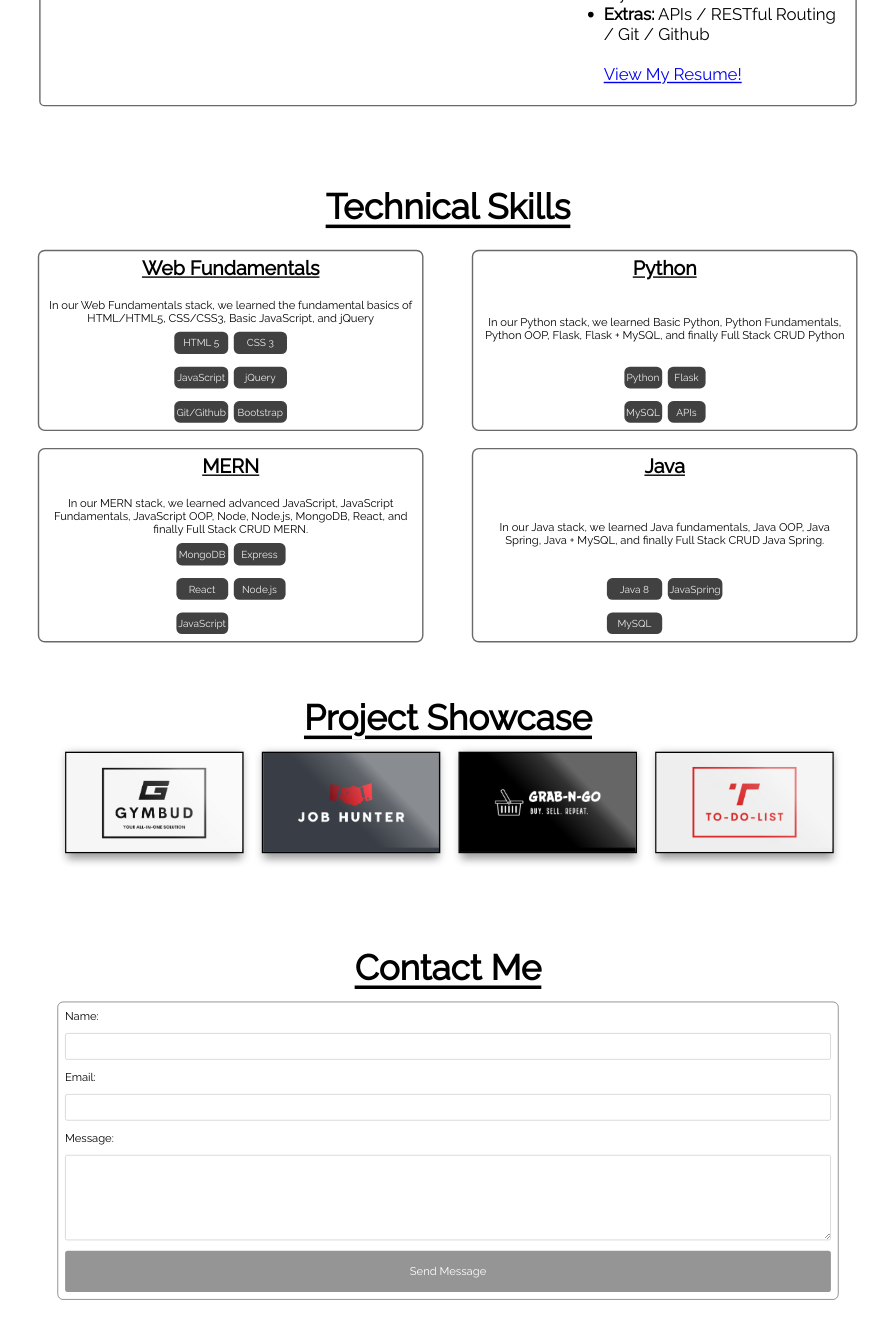
Repository: RICHIE-YIN/Personal-Portfolio
Page: index.html
The author's editor kept a copy of each file at every save. The page is drawn from the files as they stood at one save, then again after the next save.
The browser window is 1280 px wide. The pictures show the part of the page from y = 2247 to 4167 px (the page is 4161 px tall before and 4167 px after), at 70% of full size.
Some web fonts or font styles are not loaded; a fallback is used.

Above is the page before, as saved 2023-06-12 17:33:29.
Console error: ReferenceError: $ is not defined

After the next save:
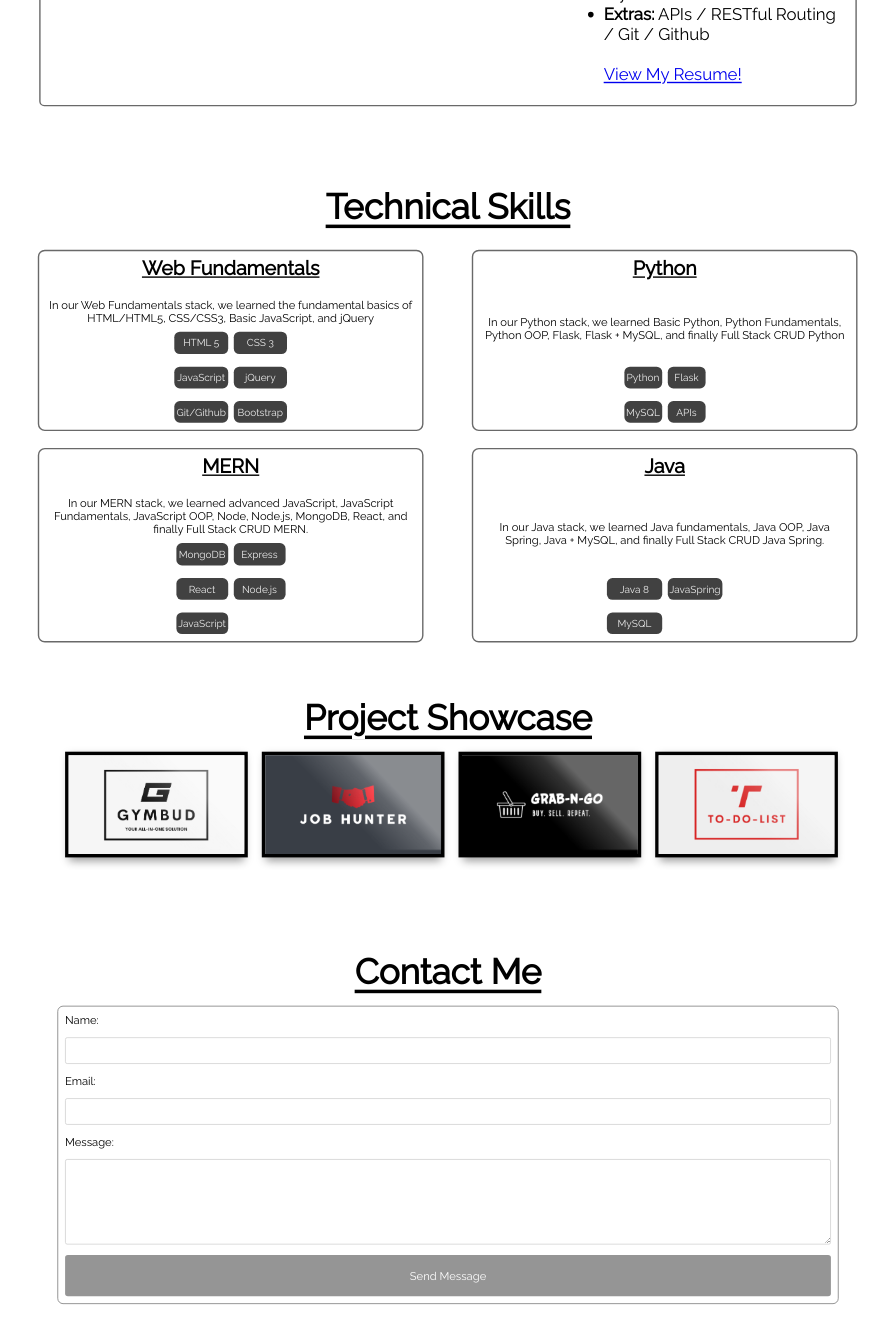
Saved 21 s later.
--- a/styles.css
+++ b/styles.css
@@ -317,7 +317,7 @@
     flex-direction: column;
     justify-content: space-between;
     align-items: center;
-    border: #696969 2.5px solid;
+    border: #696969 2px solid;
     transition: all 0.2s ease;
 }
 
@@ -462,7 +462,7 @@
     perspective: 1000px;
     display: inline-block;
     vertical-align: top;
-    border: #000 solid 2px;
+    border: #000 solid 5px;
 }
 
 .b-game-card__cover {

After the save that followed:
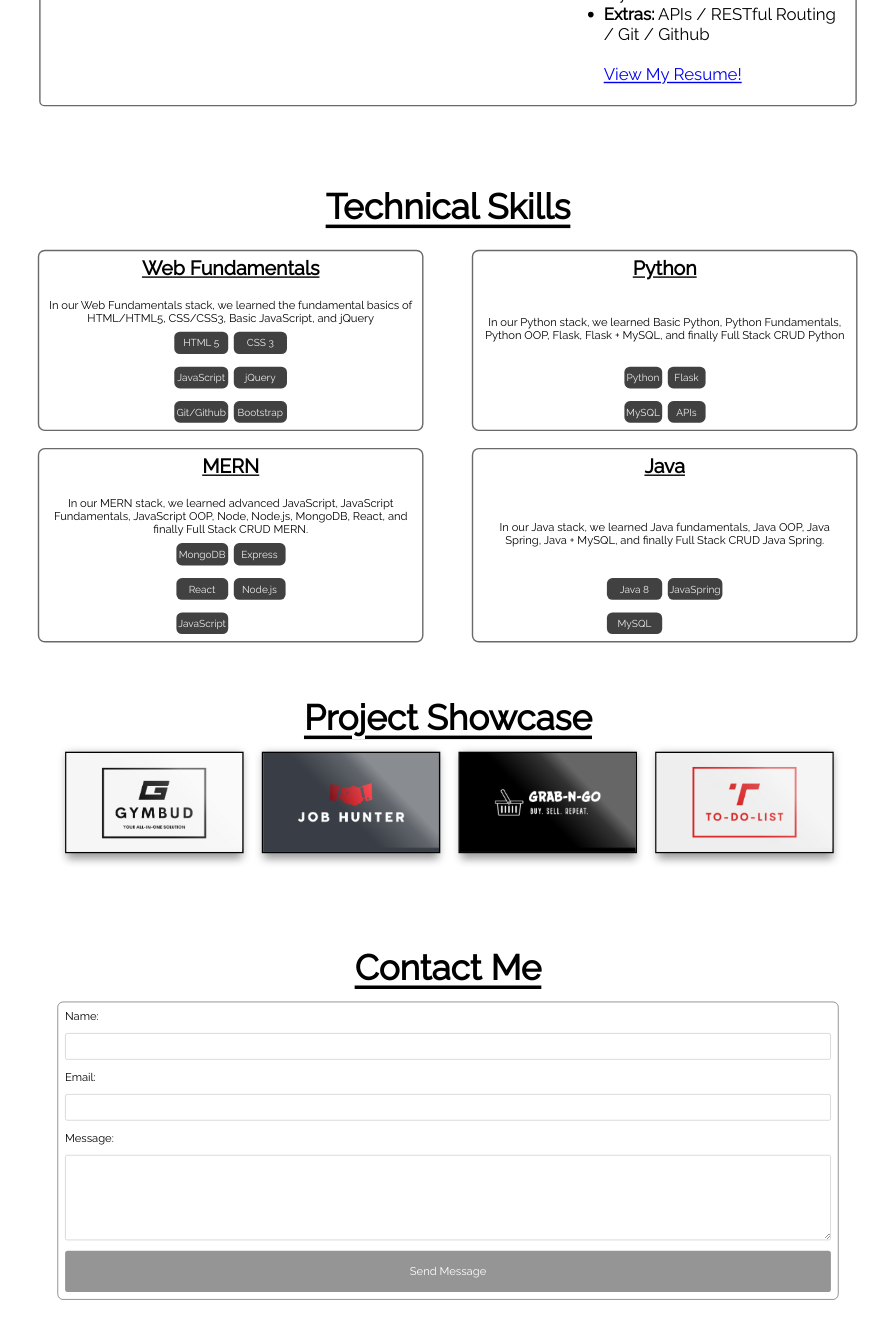
Saved 19 s later.
--- a/styles.css
+++ b/styles.css
@@ -462,7 +462,7 @@
     perspective: 1000px;
     display: inline-block;
     vertical-align: top;
-    border: #000 solid 5px;
+    border: #000 solid 2px;
 }
 
 .b-game-card__cover {
